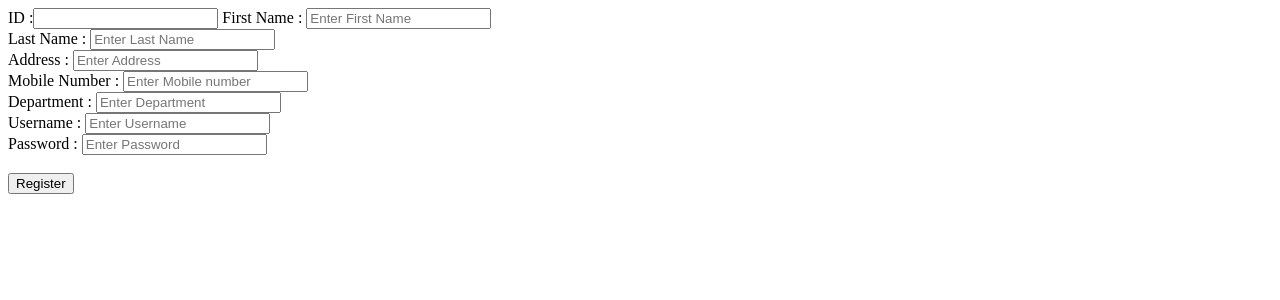
Repository: priyankamergu/MyAllProjects
Page: http://localhost/NewTrainingServlet/Registration.jsp
The author's editor kept a copy of each file at every save. The page is drawn from the files as they stood at one save, then again after the next save.
The browser window is 1280 px wide. The pictures show the whole page.
The page is served by Tomcat 9. Other server files are loaded and not shown. Queries for data that is not in the repository find no rows.

Above is the page before, as saved 2019-11-09 20:20:45.

### Workspace_JEE7_WEB/NewTrainingServlet/WebContent/Registration.jsp
<%@page import="java.sql.ResultSet"%>
<%@page import="java.sql.PreparedStatement"%>
<%@page import="java.sql.Statement"%>
<%@page import="java.sql.Connection"%>
<%@page import="com.util.DbConnection"%>
<%@ page language="java" contentType="text/html; charset=ISO-8859-1"
    pageEncoding="ISO-8859-1"%>
<!DOCTYPE html>
<html>
<head>
<meta charset="ISO-8859-1">
<title>Insert title here</title>
</head>

<%
Class.forName("com.mysql.cj.jdbc.Driver");
Connection con=DbConnection.getConnect();
String sql = "select max(ID) as Id from registration";
PreparedStatement s=con.prepareStatement(sql);
ResultSet rs=s.executeQuery();
if(rs.next())
{

}


;
%>
<body>
<form action="RegistrationServlet">
ID :<input type="text" name="id" class="form-control">
First Name    : <input type="text" placeholder="Enter First Name" name="fname" required="required"><br>
Last Name     : <input type="text"  placeholder="Enter Last Name" name="lname" required="required"><br>
Address       : <input type="text" placeholder="Enter Address" name="add" required="required"><br>
Mobile Number : <input type="text" placeholder="Enter Mobile number" name="mobile" required="required"><br>
Department    : <input type="text"  placeholder="Enter Department" name="dept" required="required"><br>
Username      : <input type="text" placeholder="Enter Username" name="uname" required="required"><br>
Password      : <input type="text" placeholder="Enter Password" name="upwd" required="required"><br><br>
<input type="submit" value="Register">
</form>
</body>

</html>

### Workspace_JEE7_WEB/NewTrainingServlet/src/com/util/DbConnection.java
package com.util;

import java.sql.Connection;
import java.sql.DriverManager;
import java.sql.SQLException;

public class DbConnection {


	private static Connection connection=null;
	public static Connection getConnect() throws SQLException {

		try {
			Class.forName("com.mysql.cj.jdbc.Driver");
			connection=DriverManager.getConnection("jdbc:mysql://localhost:3306/allianz?serverTimezone=UTC", "root", "");
		} catch (ClassNotFoundException e) {
			e.printStackTrace();
		}
		return connection;
	}
}

After the next save:
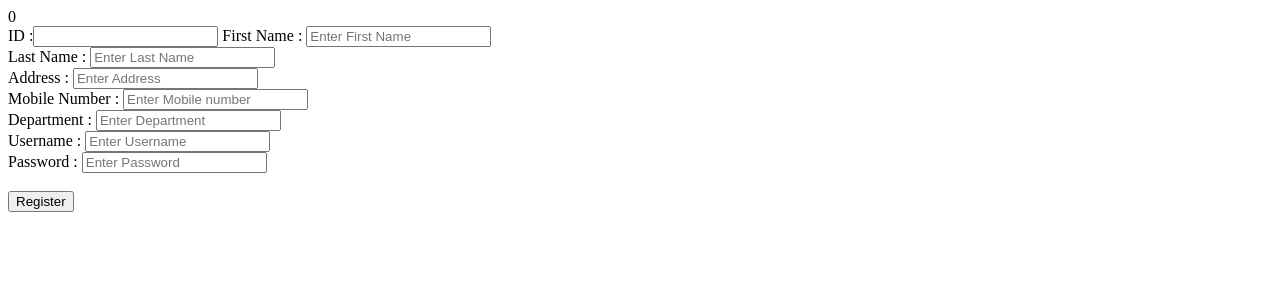
Saved 3 min 11 s later.
--- a/Workspace_JEE7_WEB/NewTrainingServlet/WebContent/Registration.jsp
+++ b/Workspace_JEE7_WEB/NewTrainingServlet/WebContent/Registration.jsp
@@ -20,7 +20,7 @@
 ResultSet rs=s.executeQuery();
 if(rs.next())
 {
-
+	out.print(rs.getInt(1));
 }
 
 

After the 2 saves that followed:
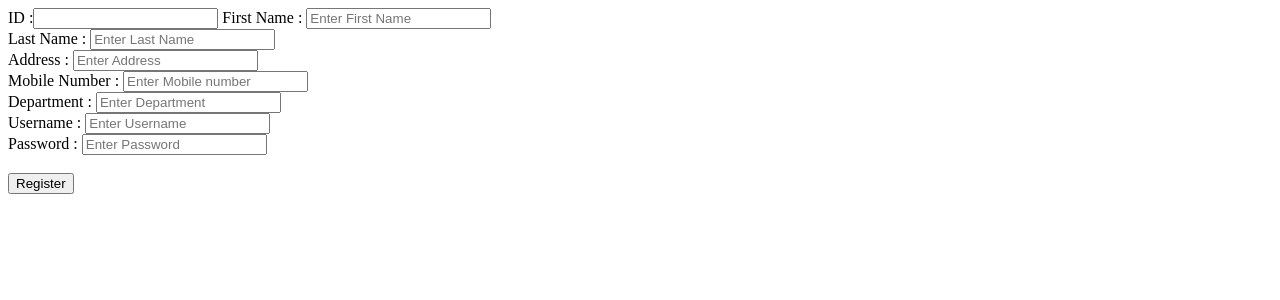
The 2 saves are shown as one change because they came seconds apart.
The last was saved 27 s later.
--- a/Workspace_JEE7_WEB/NewTrainingServlet/WebContent/Registration.jsp
+++ b/Workspace_JEE7_WEB/NewTrainingServlet/WebContent/Registration.jsp
@@ -20,7 +20,7 @@
 ResultSet rs=s.executeQuery();
 if(rs.next())
 {
-	out.print(rs.getInt(1));
+	int i=rs.getInt(1);
 }
 
 
